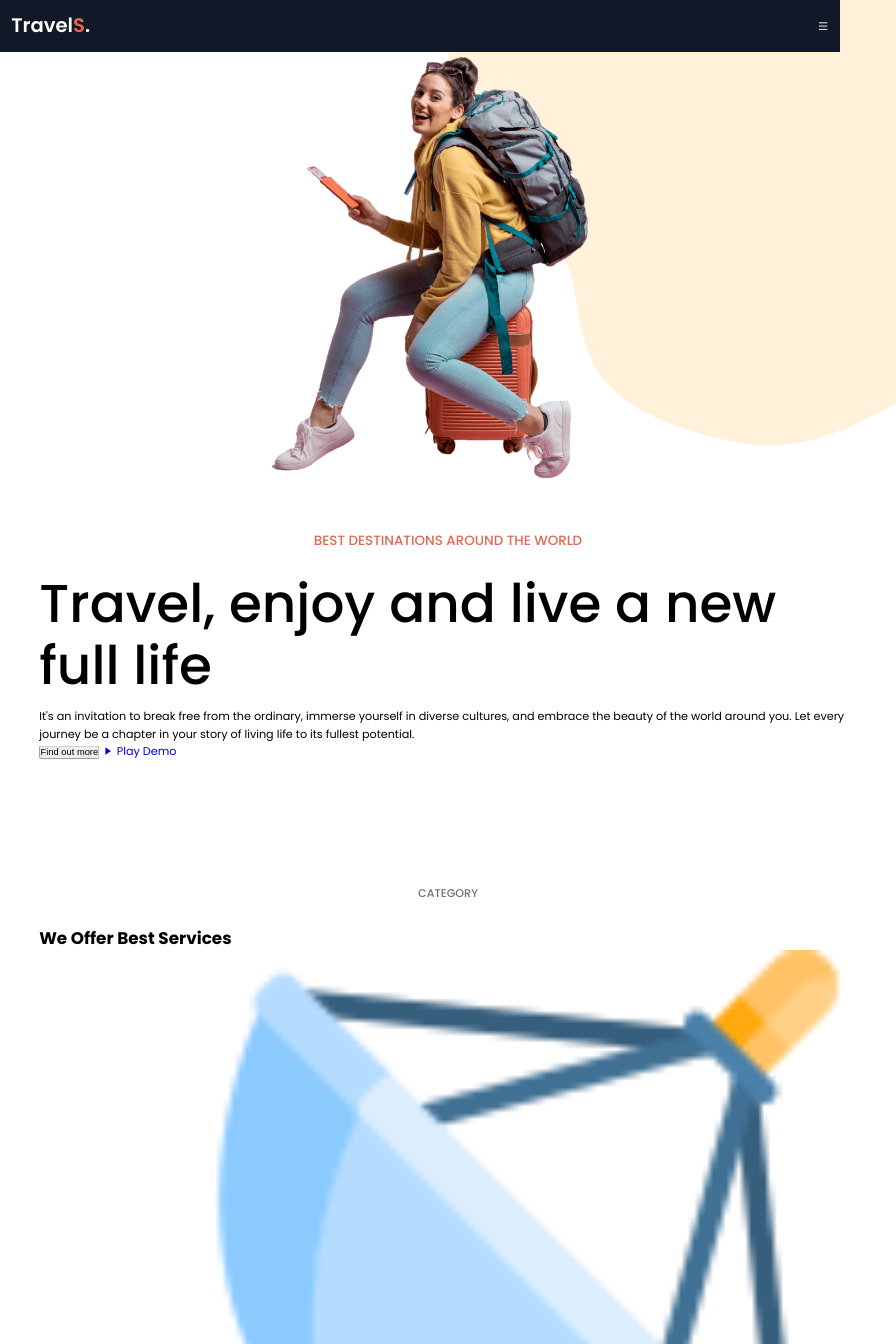
Repository: ntandomagana/travel-website
Page: index.html
These files come from the project's save history. The page is drawn as it stood at one moment and after a run of saves; the edit follows.
The browser window is 1280 px wide. The pictures show the part of the page from y = 0 to 1920 px (the page is 11208 px tall), at 70% of full size.

Above is the page before, as saved 2024-05-07 09:33:28.

### index.html
<!DOCTYPE html>
<html lang="en">
  <head>
    <meta charset="UTF-8" />
    <meta name="viewport" content="width=device-width, initial-scale=1.0" />
    <link
      href="https://cdn.jsdelivr.net/npm/remixicon@4.2.0/fonts/remixicon.css"
      rel="stylesheet"
    />
    <link
      rel="stylesheet"
      href="https://cdn.jsdelivr.net/npm/swiper@11/swiper-bundle.min.css"
    />
    <link rel="stylesheet" href="style.css" />
    <title>Travel Website</title>
  </head>
  <body>
    <nav>
      <div class="nav-header">
        <div class="logo">
          <a href="#" class="logo">Travel<span>S</span>.</a>
        </div>
        <div class="nav-menu-btn" id="menu-btn">
          <i class="ri-menu-line"></i>
        </div>
      </div>

      <ul class="nav-links" id="nav-links">
        <li><a href="#home">Home</a></li>
        <li><a href="#service">Services</a></li>
        <li><a href="#destination">Destinations</a></li>
        <li><a href="#trips">Trips</a></li>
        <li><a href="#client">Clients</a></li>
      </ul>
    </nav>

    <header class="section-container header-container" id="home">
      <div class="header-image">
        <img src="assets/header.png" alt="header" />
      </div>
      <div class="header-content">
        <h3 class="section-subheader">BEST DESTINATIONS AROUND THE WORLD</h3>
        <h1>Travel, enjoy and live a new full life</h1>
        <p>
          It's an invitation to break free from the ordinary, immerse yourself
          in diverse cultures, and embrace the beauty of the world around you.
          Let every journey be a chapter in your story of living life to its
          fullest potential.
        </p>
        <div class="header-btns">
          <button class="btn">Find out more</button>
          <a href="#">
            <span><i class="ri-play-fill"></i></span>
            Play Demo
          </a>
        </div>
      </div>
    </header>

    <section class="section-container service-container" id="service">
      <h3 class="section-subheader">CATEGORY</h3>
      <h2 class="section-header">We Offer Best Services</h2>
      <div class="service-grid">
        <div class="service-card">
          <img src="assets/weather.png" alt="service" />
          <h4>Calculated Weather</h4>
          <p>
            Stay ahead of your travels with precise weather forecasts tailored
            to your destination's conditions.
          </p>
        </div>
        <div class="service-card">
          <img src="assets/customisation.png" alt="service" />
          <h4>Customizations</h4>
          <p>
            Tailor your journey with personalized customizations, ensuring every
            detail reflects your unique travel style.
          </p>
        </div>
      </div>
    </section>

    <section class="section-container destination-container" id="destination">
      <h3 class="section-subheader">TOP SELLING</h3>
      <h2 class="section-header">Top Destinations</h2>
      <div class="destination-grid">
        <div class="destination-card">
          <img src="assets/destination-1.jpg" alt="destination" />
          <div class="destination-details">
            <div>
              <h4>Rome, Italy</h4>
              <h4>$5.42k</h4>
            </div>
            <p>
              <span><i class="ri-navigation-fill"></i></span>
              10 days trip
            </p>
          </div>
        </div>
        <div class="destination-card">
          <img src="assets/destination-3.jpg" alt="destination" />
          <div class="destination-details">
            <div>
              <h4>Full Europe</h4>
              <h4>$15k</h4>
            </div>
            <p>
              <span><i class="ri-navigation-fill"></i></span>
              28 Days Trip
            </p>
          </div>
        </div>
      </div>
    </section>

    <section class="section-container trip-container" id="trip">
      <div class="trip-image">
        <img src="assets/trip.png" />
      </div>
      <div class="trip-content">
        <h3 class="section-subheader">EASY & FAST</h3>
        <h2 class="section-header">Book Your Next Trip in 3 Easy Steps</h2>
        <ul class="trip-list">
          <li>
            <span><i class="ri-signpost-line"></i></span>
            <div>
              <h4>Choose Destination</h4>
              <p>
                Choose your dream destination from our curated selection of
                exotic locales, bustling cities, and serene getaways.
              </p>
            </div>
          </li>

          <li>
            <span><i class="ri-secure-payment-line"></i></span>
            <div>
              <h4>Reach Airport on Selected Date</h4>
              <p>
                Prepare for takeoff as you finalize your travel plans, arriving
                at the airport on your selected date ready to embark on your
                next unforgettable journey.
              </p>
            </div>
          </li>
        </ul>
      </div>
    </section>

    <section class="section-container clinet-container" id="client">
      <div class="client-content">
        <h3 class="section-subheader">TESTIMONIALS</h3>
        <h2 class="section-header">What People Say About Us</h2>
      </div>
      <div class="client-swiper">
        <!--Slider main container-->
        <div class="swiper">
          <!--Additional required wrapper-->
          <div class="swiper-wrapper">
            <!--Slides-->
            <div class="swiper-slide">
              <div class="client-card">
                <img src="assets/client-1.jpg" alt="client" />
                <div class="client-card-content">
                  <p>
                    Booking my trips through this platform has been a
                    game-changer! From the intuitive interface to the seamless
                    booking process, I've never felt more excited to explore new
                    destinations.
                  </p>
                  <h4>Emily Watson</h4>
                  <h5>Travel Enthusiast</h5>
                </div>
              </div>
            </div>
            <div class="swiper-slide">
              <div class="client-card">
                <img src="assets/client-2.jpg" alt="client" />
                <div class="client-card-content">
                  <p>
                    As a busy professional, time is of the essence. This website
                    made planning my vacation a breeze, allowing me to focus on
                    what matters most: making memories with my family.
                  </p>
                  <h4>David Nguyen</h4>
                  <h5>Business Executive</h5>
                </div>
              </div>
            </div>

            <div class="swiper-slide">
              <div class="client-card">
                <img src="assets/client-3.jpg" alt="client" />
                <div class="client-card-content">
                  <p>
                    I've been using this service for years, and it never
                    disappoints. The convenience of booking my flights,
                    accommodations, and activities all in one place saves me
                    time and stress every trip.
                  </p>
                  <h4>Michael Johnson</h4>
                  <h5>Frequent Flyer</h5>
                </div>
              </div>
            </div>
          </div>
        </div>
      </div>
    </section>

    <footer class="footer">
      <div class="section-container footer-container">
        <div class="footer-col">
          <div class="footer-logo">
            <a href="#" class="logo">Travel<span>S</span>.</a>
          </div>
          <p>
            Our platform is your passport to seamless adventures, offering a
            curated selection of destinations and a user-friendly booking
            experience.
          </p>
        </div>
        <div class="footer-col">
            <h4>Company</h4>
            <ul class="footer-links">
                <li><a href="#">About</a></li>
                <li><a href="#">Careers</a></li>
                <li><a href="#">Mobile</a></li>
            </ul>
        </div>
        <div class="footer-col">
          <h4>Contact</h4>
          <ul class="footer-links">
            <li><a href="#">Help/FAQ</a></li>
            <li><a href="#">Press</a></li>
            <li><a href="#">Affiliates</a></li>
          </ul>
        </div>
        <div class="footer-col">
          <ul class="footer-socials">
            <li>
              <a href="#"><i class="ri-facebook-fill"></i></a>
            </li>
            <li>
              <a href="#"><i class="ri-instagram-line"></i></a>
            </li>
            <li>
              <a href="#"><i class="ri-twitter-fill"></i></a>
            </li>
          </ul>
          <h5>Discover our app</h5>
          <div class="footer-discover">
            <a href="#"><img src="assets/google-play.jpg" alt="discover" /></a>
            <a href="#"><img src="assets/app-store.jpg" alt="discover" /></a>
          </div>
        </div>
      </div>
      <div class="footer-bar">
        Copyright © 2024 TravelS. All rights reserved.
      </div>
    </footer>

    <script src="https://unpkg.com/scrollreveal"></script>
    <script src="https://cdn.jsdelivr.net/npm/swiper@11/swiper-bundle.min.js"></script>
    <script src="main.js"></script>

      </div>

    </footer>
  </body>
</html>

### style.css
@import url("https://fonts.googleapis.com/css2?family=Poppins:ital,wght@0,100;0,200;0,300;0,400;0,500;0,600;0,700;0,800;0,900;1,100;1,200;1,300;1,400;1,500;1,600;1,700;1,800;1,900&display=swap");

:root {
  --primary-color: #e06951;
  --text-dark: #111827;
  --text-light: #6b7280;
  --white: #ffffff;
  --max-width: 1200px;
}

* {
  padding: 0;
  margin: 0;
  box-sizing: border-box;
}

html,
body {
    scroll-behavior: smooth;
}

body {
    font-family: "Poppins", sans-serif;
    background-image: url(assets/header-bg.png);
    background-size: contain;
    background-position: top center;
    background-repeat: no-repeat;
}

nav {
    position: fixed;
    isolation: isolate;
    width: 100%;
    max-width: var(--max-width);
    margin-inline: auto;
    z-index: 9;
}

.nav-header {
    padding: 1rem;
    width: 100%;
    display: flex;
    align-items: center;
    justify-content: space-between;
    background-color: var(--text-dark);
}

.nav-header .logo  {
    color: var(--white);
}

.nav-menu-btn {
    font-size: 1rem;
    color: var(--white);
    cursor: pointer;
}

.nav-links {
    position: absolute;
    top: 65px;
    left: 0;
    width: 100%;
    list-style: none;
    display: flex;
    align-items: center;
    justify-content: center;
    flex-direction: column;
    gap: 2rem;
    padding: 2rem;
    background-color: var(--text-dark);
    transition: 0.5s;
    z-index: -1;
    transform: translateY(-100%);
}

.nav-links.open {
    transform: translateY(0);
}

.nav-links a {
    font-weight: 500;
    white-space: nowrap;
    color: var(--white);
}

.nav-links a:hover {
    color: var(--primary-color);
}


.section-container {
  max-width: var(--max-width);
  margin: auto;
  padding: 5rem 1rem;
}

.section-subheader {
  margin-bottom: 1rem;
  font-size: 1rem;
  font-weight: 500;
  line-height: 3.75rem;
  color: var(--text-light);
  text-align: center;
}

.logo {
  font-size: 1.75rem;
  font-weight: 600;
  color: var(--text-dark);
}

.logo span {
  color: var(--primary-color);
}

img {
  display: flex;
  width: 100%;
}

a {
    text-decoration: none;
    transition: 0.4s;
}

ul {
    list-style: none;
}

.header-container {
    display: grid;
    gap: 2rem;
    overflow: hidden;
}

.header-image img {
    max-width: 550px;
    margin-inline: auto;
}

.header-content .section-subheader {
    font-size: 1.2rem;
    color: var(--primary-color);
}

.header-content h1 {
    margin-bottom: 1rem;
    font-size: 4.75rem;
    font-weight: 500;
    line-height: 5.5rem;
    color:
}

Loaded but not shown: main.js (no copy from this time; the picture is the same without it)

After the next 2 saves:
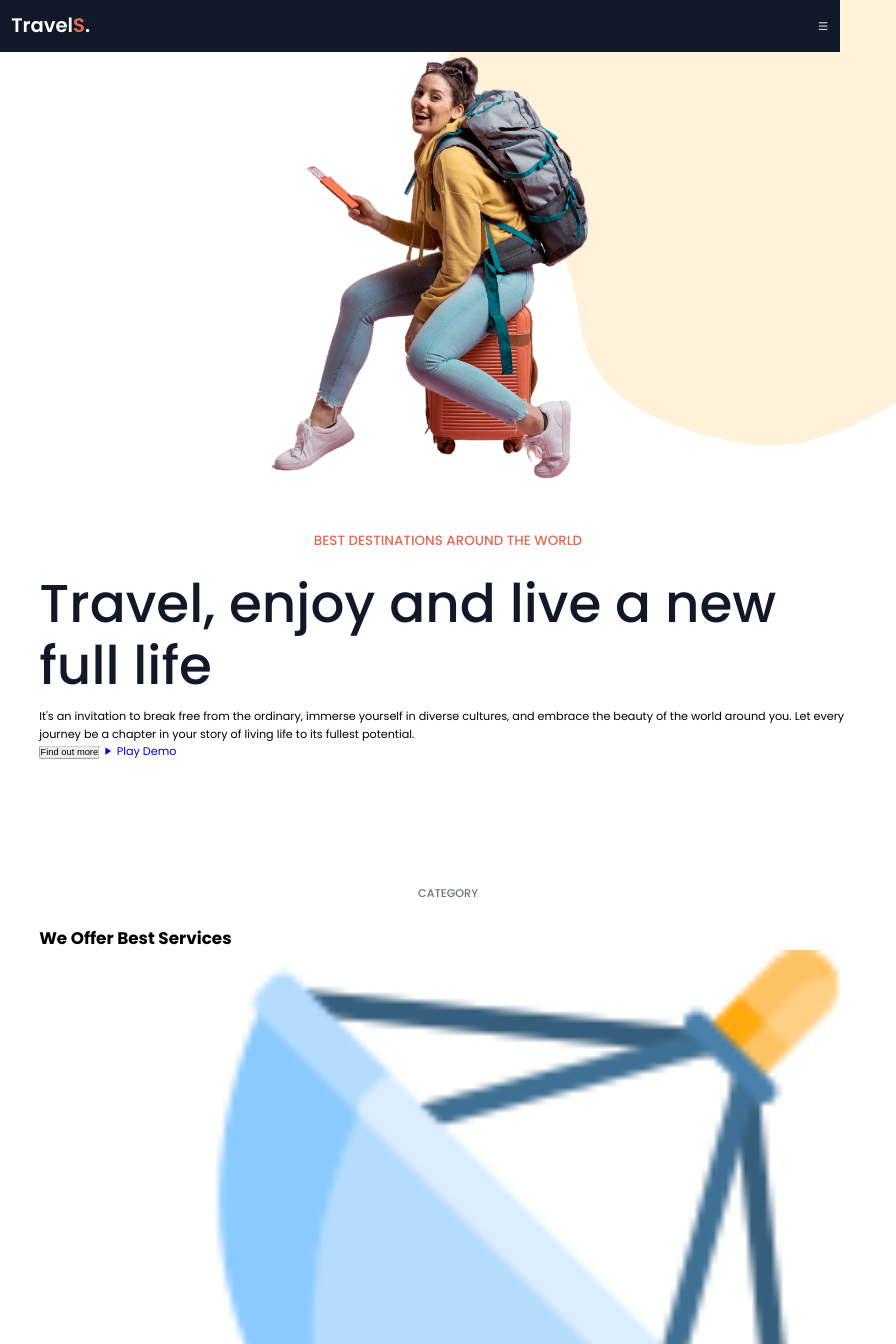
The 2 saves are shown as one change because they came seconds apart.
The last was saved 6 s later.
--- a/style.css
+++ b/style.css
@@ -148,5 +148,5 @@ ul {
     font-size: 4.75rem;
     font-weight: 500;
     line-height: 5.5rem;
-    color:
+    color: var(--text-dark)
 }
